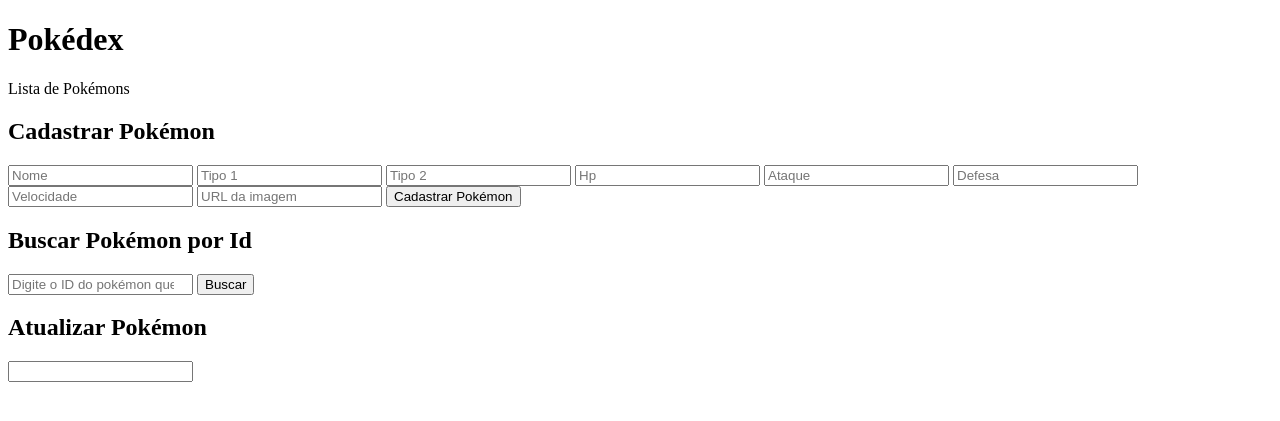
Repository: arthurSchgg/pokedex
Page: front-end/index.html
These files come from the project's save history. The page is drawn as it stood at one moment and after a run of saves; the edit follows.
The browser window is 1280 px wide. The pictures show the whole page.
The page's requests for data from a server got no answer.

Above is the page before, as saved 2026-10-01 16:03:49.

After the next 3 saves:
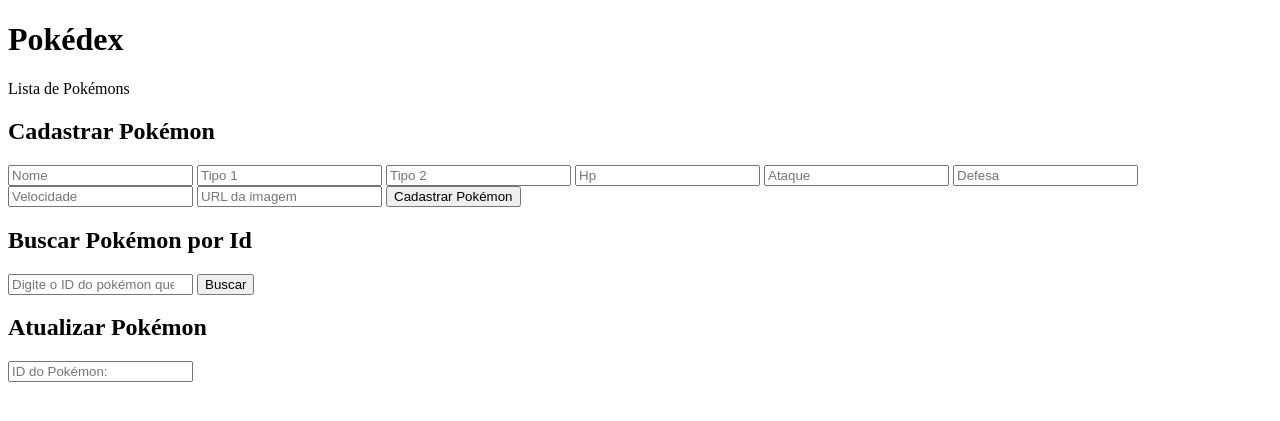
The 3 saves are shown as one change because they came seconds apart.
The last was saved 8 s later.
--- a/front-end/index.html
+++ b/front-end/index.html
@@ -60,7 +60,7 @@
             <input
                 type="number"
                 id="update-id"
-                placeholder=""
+                placeholder="ID do Pokémon:"
             >
         </form>
     </div>
